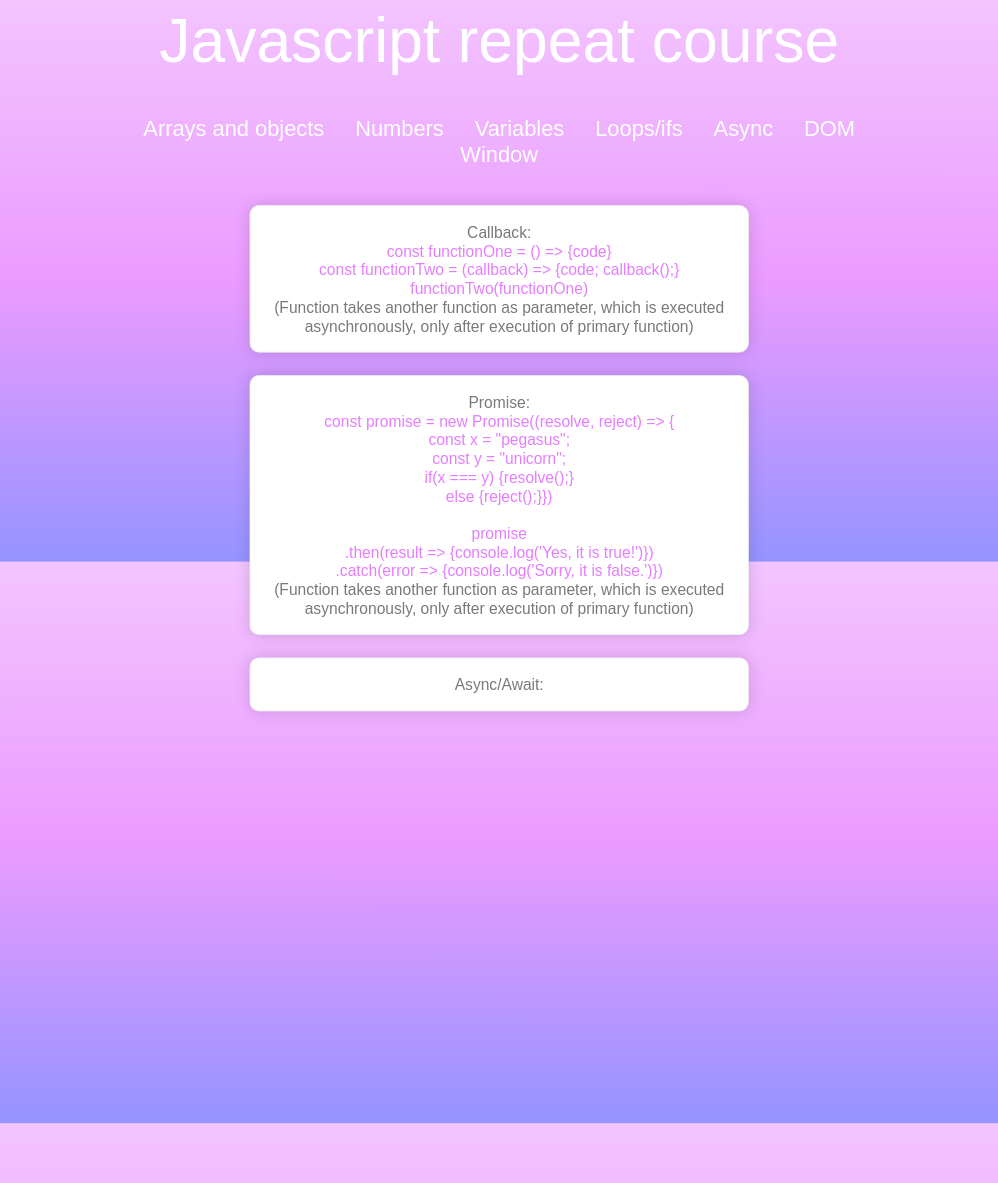
Repository: michalgornicki/javascript
Page: /#/Async
These files come from the project's save history. The page is drawn as it stood at one moment and after the next save; the edit follows.
The browser window is 1280 px wide. The pictures show the whole page, at 78% of full size.
Backgrounds fixed to the window are drawn as part of the page. The project was rebuilt for these pictures with package versions that can differ from the ones it lists, and the page was loaded fresh each time. Also part of the build but not shown: src/index.css, src/components/arrays.jsx, src/components/variables.jsx, src/components/numbers.jsx, src/components/loops.jsx, src/components/DOM manipulation.jsx, src/components/window.jsx.

Above is the page before, as saved 2022-02-04 13:19:11.

### src/App.jsx
import React from "react";
import "./App.css";
import "bootstrap/dist/css/bootstrap.min.css";
import { Route, HashRouter as Router, Routes, Link } from "react-router-dom";
import Arrays from "./components/arrays.jsx"
import Variables from "./components/variables.jsx"
import Numbers from "./components/numbers.jsx"
import Loops from "./components/loops.jsx"
import Async from "./components/async.jsx"
import DOM from "./components/DOM manipulation.jsx"
import Window from "./components/window.jsx"

function App() {


  return (


    <Router>
    <div className="text-center">
      <div className="display-1 mt-1 mb-5 text-white">Javascript repeat course</div>

      <div className="h3 d-flex w-75 m-auto my-5 justify-content-evenly flex-wrap text-white">

      <Link className="link-style mx-3" to="/">Arrays and objects</Link>
      <Link className="link-style mx-3" to="/Numbers">Numbers</Link>
      <Link className="link-style mx-3" to="/Variables">Variables</Link>
      <Link className="link-style mx-3" to="/Loops">Loops/ifs</Link>
      <Link className="link-style mx-3" to="/Async">Async</Link>
      <Link className="link-style mx-3" to="/DOM">DOM</Link>
      <Link className="link-style mx-3" to="/Window">Window</Link>


      </div>

      <Routes>
          <Route path="/" element={<Arrays />} />
          <Route path="/Numbers" element={<Numbers />} />
          <Route path="/Variables" element={<Variables />} />
          <Route path="/Loops" element={<Loops />} />
          <Route path="/Async" element={<Async />} />
          <Route path="/DOM" element={<DOM />} />
          <Route path="/Window" element={<Window />} />
        </Routes>


    </div>
    </Router>
  );
}

export default App;

### src/App.css
body{
    font-family: Arial, Helvetica, sans-serif!important;
    overflow-x: hidden;
    padding-bottom: 80vh;
    height: auto;
    background: linear-gradient(rgb(243, 196, 255), rgb(235, 155, 255), rgb(149, 147, 255));
    background-attachment: fixed;
}

.js-item{
    color:rgb(121, 121, 121);
    background-color: white;
    transition: 0.2s;
    padding: 3vh;
    margin-bottom: 4vh!important;
    border: 1px solid rgb(240, 240, 240);
    width: 50%;
    margin-left: auto;
    margin-right: auto;
    box-shadow: 0px 0px 20px rgba(0, 0, 0, 0.15);
    border-radius: 0.75rem;
}

.js-item:hover{
    cursor: pointer;
    background-color: rgb(240, 240, 240);
}

.text-pink{
    color:rgb(229, 125, 255)!important;
}

.link-style{
    color: inherit;
    text-decoration: inherit;
}

.link-style:hover{
    color: rgb(229, 125, 255);
}

@media only screen and (max-device-width: 600px), (max-width: 600px) {

    .js-item{
        width: 95%;
    }

}

### src/components/async.jsx
const Async = () => {

  return (
    <div className="">
      <div className="js-item h5">
        {" "}
        <span className="">Callback: </span> <br />
        <span className="text-pink">{`const functionOne = () => {code}`}</span> <br />
        <span className="text-pink">{`const functionTwo = (callback) => {code; callback();}`}</span> <br />
        <span className="text-pink">{`functionTwo(functionOne)`}</span> <br /> (Function takes another function as parameter, which is executed asynchronously, only after execution of primary function)
      </div>
      <div className="js-item h5">
        {" "}
        <span className="">Promise: </span> <br />
        <span className="text-pink">{`const promise = new Promise((resolve, reject) => {`}</span> <br />
        <span className="text-pink">{`const x = "pegasus";`}</span> <br />
        <span className="text-pink">{`const y = "unicorn";`}</span> <br />
        <span className="text-pink">{` if(x === y) {resolve();}`}</span> <br />
        <span className="text-pink">{` else {reject();}})`}</span> <br /> <br />
        <span className="text-pink">{`promise`}</span> <br />
        <span className="text-pink">{`.then(result => {console.log('Yes, it is true!')})`}</span> <br />
        <span className="text-pink">{`.catch(error => {console.log('Sorry, it is false.')})`}</span> <br />
        (Function takes another function as parameter, which is executed asynchronously, only after execution of primary function)
      </div>
      <div className="js-item h5">
        {" "}
        <span className="">Async/Await: </span> <br />
      </div>
    </div>
  );
};

export default Async;

Loaded but not shown: public/index.html (common file); src/index.js (common file); src/reportWebVitals.js (common file)

After the next save:
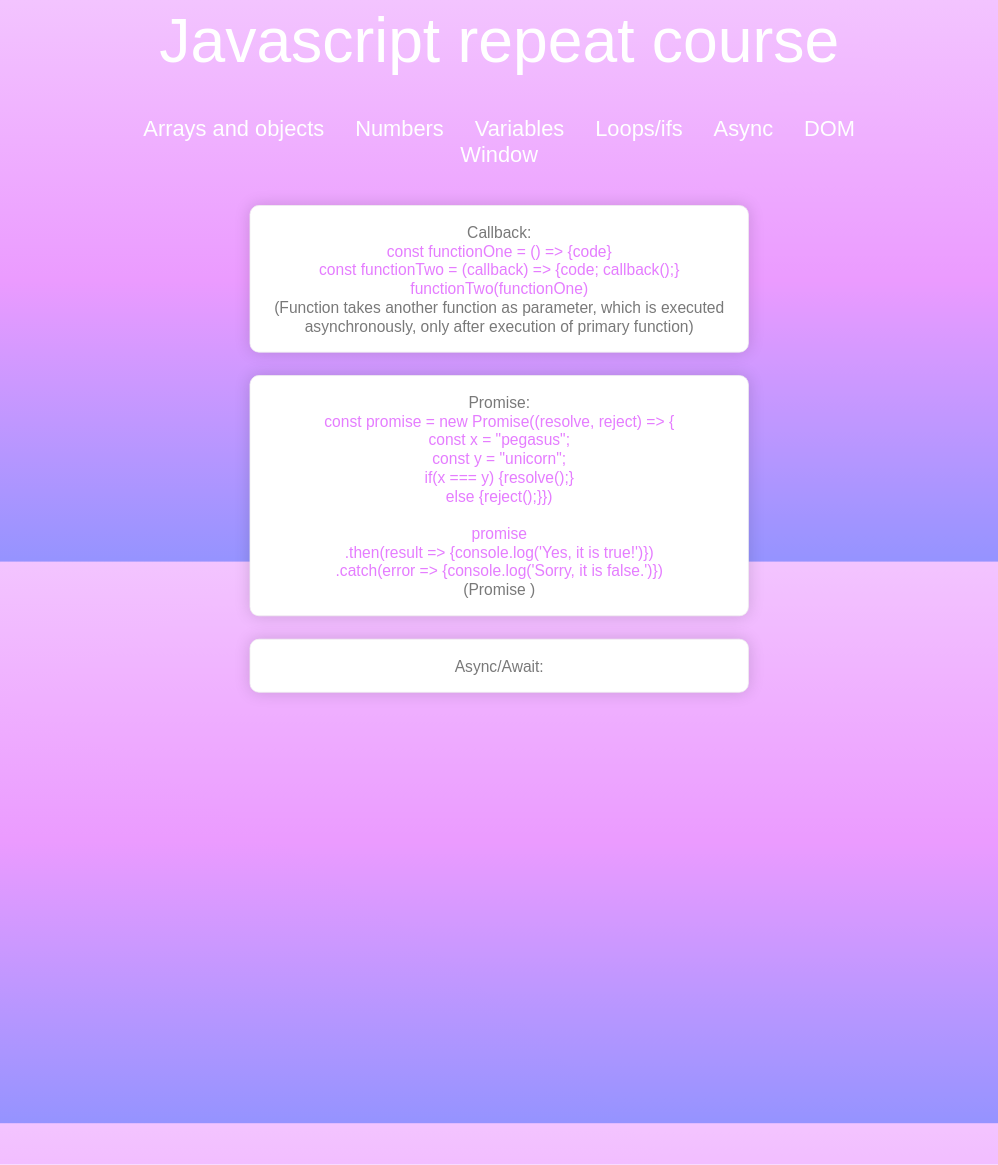
Saved 49 s later.
--- a/src/components/async.jsx
+++ b/src/components/async.jsx
@@ -20,7 +20,7 @@ const Async = () => {
         <span className="text-pink">{`promise`}</span> <br />
         <span className="text-pink">{`.then(result => {console.log('Yes, it is true!')})`}</span> <br />
         <span className="text-pink">{`.catch(error => {console.log('Sorry, it is false.')})`}</span> <br />
-        (Function takes another function as parameter, which is executed asynchronously, only after execution of primary function)
+        (Promise )
       </div>
       <div className="js-item h5">
         {" "}
